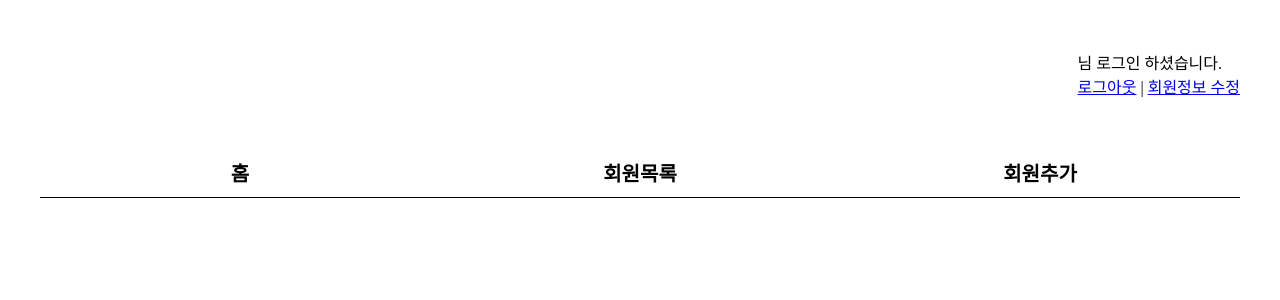
Repository: cdnwell/Jsp
Page: http://localhost/MemberProject/main.jsp
The author's editor kept a copy of each file at every save. The page is drawn from the files as they stood at one save, then again after the next save.
The browser window is 1280 px wide. The pictures show the whole page.
The page is served by Tomcat 9.

Above is the page before, as saved 2022-07-05 07:11:44.

After the next save:
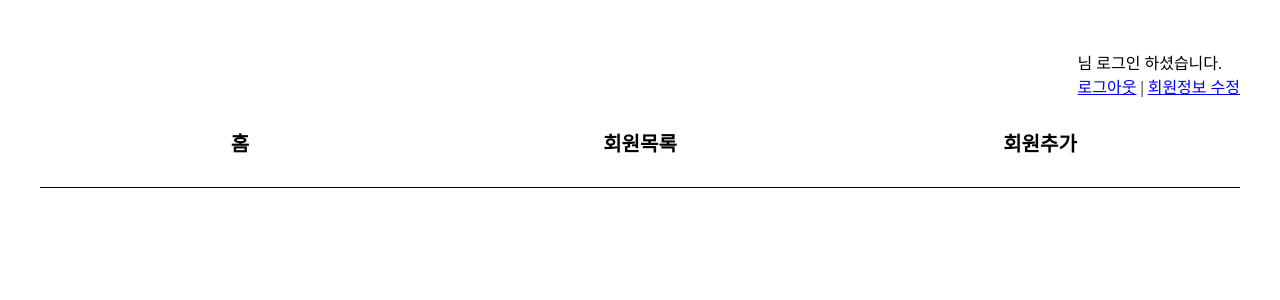
Saved 16 s later.
--- a/MemberProject/src/main/webapp/main.jsp
+++ b/MemberProject/src/main/webapp/main.jsp
@@ -29,7 +29,7 @@
 
 
 	nav{
-		margin-top : 50px;
+		padding : 20px 0px;
 		border-bottom : 1px solid black;
 	}
 
